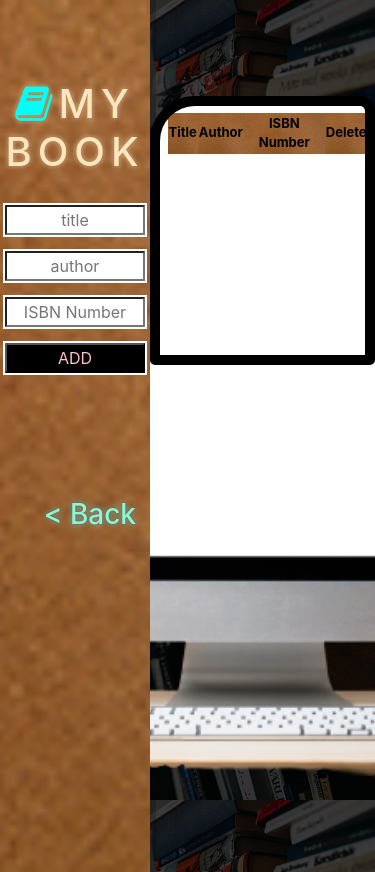
Repository: CSituma/Home-Library-App
Page: libu.html
The author's editor kept a copy of each file at every save. The page is drawn from the files as they stood at one save, then again after the next save.
The browser window is 375 px wide. The pictures show the whole page.
Backgrounds fixed to the window are drawn as part of the page. Some web libraries are served in a nearby version.

Above is the page before, as saved 2020-11-10 21:08:29.

### libu.html
<!DOCTYPE html>
<html lang="en">
<head>
    <meta charset="UTF-8">
    <meta name="viewport" content="width=device-width, initial-scale=1.0">
    <meta http-equiv="X-UA-Compatible" content="ie=edge">
    <link rel="stylesheet" href="style.css">
    <link rel="stylesheet" href="https://cdnjs.cloudflare.com/ajax/libs/font-awesome/4.7.0/css/font-awesome.min.css"/>
<link rel="stylesheet" href="https://stackpath.bootstrapcdn.com/bootstrap/4.5.0/css/bootstrap.min.css" integrity="sha384-9aIt2nRpC12Uk9gS9baDl411NQApFmC26EwAOH8WgZl5MYYxFfc+NcPb1dKGj7Sk" crossorigin="anonymous"/>
<link rel="stylesheet" href="https://cdnjs.cloudflare.com/ajax/libs/animate.css/4.0.0/animate.min.css"/>
  <title>BOOK TRACKER</title>
</head>
<body>
    <div class="columns">
        <div class="js">

            <h1><i class="fa fa-book"></i>MY BOOK</h1>
            <form id="form">
                <input type= "text" id= "title"  placeholder="title">
                <input type= "text" id= "author" placeholder="author" >
                <input type= "text" id= "number" placeholder="ISBN Number">
                <input type= "submit"id= "button" value="ADD">
            </form>
        <h3> <a href= "./index.html"> < Back </a></h3>
        </div>
        <div class="storage" >
              <div class="storage_items">
        <table id="table">
            <thead>
                <tr>
                <th id="title">Title</th>
                <th>Author</th>
                <th>ISBN Number</th>
                <th>Delete</th>
                </tr>
                </thead>
                <tbody class="Booklist" id="booklist">
                </tbody>
            </table>
            </div>
        </div>
</div>
    <script src="lib.js"></script>
 </body>
 </html>

### style.css
/*homepage//////////////*/
body,
html {
  max-width: 100%;
  margin: 0;
  padding: 0;
  max-height: 100%;
  background: url("./images/sandra-seitamaa-qkIWnKtGhg4-unsplash.jpg")
    center/cover no-repeat fixed;
}

.container {
  margin: 10em 20em 20em 20em;
  height: 400px;
  width: 40%;
  background-color: rgba(146, 116, 15, 0.445);
  text-align: center;
}

.lol {
  padding-top: 5em;
  font-weight: 800;
  font-style: italic;
}
span {
  color: yellow;
  font-weight: 400;
}
#lolone {
  color: ghostwhite;
}

h3 {
  padding-top: 4em;
  float: right;
  margin-right: 0.5em;
  font-weight: 900;
  font-size: 2rem;
  text-shadow: 0 0 3px #FF0000, 0 0 5px aqua;
}

h3 a {
  text-decoration: none;
 color: aquamarine;

}

h3 a:hover {
  text-decoration: none;
  color: burlywood;
}

#you {
  padding: 1rem;
  color: gold;
}

/*library////////////////*/
.columns {
  display: flex;
  justify-content: space-between;
  max-width: 100%;
  max-height: 100%;
  background: rgba(0, 0, 0, 0.692) fixed;

}
h1{
  letter-spacing: 6px;
  text-shadow: 0 0 3px olive, 0 0 5px pink;
  padding-top:2em;
  margin: 0;
  color: bisque;

}
table {
  background: black;
  width: 100%;
  margin:0.5em;
  margin-left:0.2em;
  text-align: center;
  color:white;

}


td{
  margin: 2em;
}
tr{
  border-left: white 5px solid;
  height: 40px;
}
th {
  color: black;
  background:url('./images/josephine-bredehoft-KsAo8ouBn8A-unsplash.jpg') center/cover no-repeat;
  outline: none;
}
tbody tr:nth-child(odd){
  background:white;
 color: olive;
}
tbody tr:nth-child(odd):hover {
  box-shadow: 0 0 0 2px white;

}
tbody tr:nth-child(even){
background:black;

}
tbody tr:nth-child(even):hover{
  box-shadow: 0 0 0 2px gray;
}

 .fa {
   color:aqua;
 }
 .fa:hover{
   font-size:1.3em;
 }
form {
  padding: 0.3em;
  margin-top: 1em;
}

form input {
  width: 100%;
  margin: 0.5em 0;
  -webkit-box-shadow: 0 0 0 2px white;
  box-shadow: 0 0 0 2px white;
}

:placeholder-shown {
  text-align: center;
}

#button {
  color: pink;
  background-color: black;
}

/*/////////////////////////////////*/
.storage_items {

  background-color: white;
  width:100%;
  max-height: 70%;
  margin-left: 8em;
  margin-top: 5em;
  margin-bottom: 2em;
  border: rgb(0, 0, 0) 5px solid;
  border-style: groove;
  padding-bottom: 15em;
  overflow: scroll;
  scroll-behavior: smooth;
  scrollbar-width: 2px;
}
.storage {
  background:url("./images/1463-removebg-preview.png") center/cover no-repeat;
  width: 60%;
  height: 85vh;
  margin: 6em 3em 6em 0;
  border-radius: 3px;

}
.js {
  -webkit-box-shadow: 0 0 0 6px rgba(0, 0, 0, 0.191);
  box-shadow: 0 0 0 6px rgba(0, 0, 0, 0.191);
  text-align: center;
  width: 40%;
  margin: 6em 0em 6em 3em;
  background: url("./images/josephine-bredehoft-KsAo8ouBn8A-unsplash.jpg")
    center/cover no-repeat;
}

@media screen and (max-width:1000px) {
  .storage{
    margin-right: 0;

    background: url("./images/719-removebg-preview.png") center/cover no-repeat;
  }
  .storage_items{
    margin:0;
    font-size: 13px;
   border: 10px solid black;
   border-radius: 45px;
   border-bottom-right-radius:5px;
   border-bottom-left-radius:5px;
   border-top-right-radius:15px;

   padding:0;
   padding-bottom: 15em;

}

.js{
  margin: 0;}


}

@media screen and (min-width:1000px) {

 .storage_items{
  max-height: 60%;
    background-color: white;
    width: 400px;
    height: 50%;
    margin-left: 10em;
    margin-top: 5.5em;

  }


 }

 @media screen and (max-width:500px)
 {
  .storage{
    margin-right: 0;

    background: url("./images/719-removebg-preview.png") center/cover no-repeat;
  }
  .storage_items{
    margin:0;
    font-size: 13px;
   border: 10px solid black;
   border-radius: 45px;
   border-bottom-right-radius:5px;
   border-bottom-left-radius:5px;
   border-top-right-radius:15px;

   padding:0;
   padding-bottom: 15em;

}

.js{
  margin: 0;}




 }

### lib.js
// Book Class: Represents a Book
class Book {
  constructor(title, author, isbn) {
    this.title = title;
    this.author = author;
    this.isbn = isbn;
  }
}

// UI Class: Handle UI Tasks
class UI {
//display Books.//
static displayBooks () {
 const books = Store.getBooks();
 books.forEach(((book) =>
  UI.addBookToList(book)));
}


//addbooks
static addBookToList(book) {

const bookList = document.querySelector('#booklist');
const row = document.createElement('tr');

row.innerHTML= `<td>${book.title} </td>
               <td>${book.author}</td>
               <td>${book.isbn}</td>
              <td><i class="fa fa-trash-o"></i></td>`;

bookList.appendChild(row);

}


//deletebooks
static deleteBook(el){
 if(el.classList.contains('fa')){
   el.parentElement.parentElement.remove();
  }}

////show alert msg
static showAlert(message, className){
const div = document. createElement('div');
div.className = `alert alert-${className}`;
div.appendChild(document.createTextNode(message));
const button = document.getElementById('button');
const form = document.getElementById('form');


form.insertBefore(div, button);


//message vanishing//

setTimeout(() => {
  document.querySelector('.alert').remove();
}, 3000);

}

//clear fields//

static clearFields() {
  document.querySelector('#title').value = '';
  document.querySelector('#author').value = '';
  document.querySelector('#number').value = '';
}

}

///Events:
/* 1. Display Books */

document.addEventListener('DOMContentLoaded', UI.displayBooks);

/* 2. Add Books*/
document.querySelector("#form").addEventListener('submit',(e) =>
{
e.preventDefault();
///get form values//
const title = document.querySelector('#title').value;
const author = document.querySelector('#author').value;
const isbn = document.querySelector('#number').value;

  // Validate
 if(title ===''|| author===''|| isbn===''){
   UI.showAlert('Please fill in the Form', 'danger')
 }
else{
  //instantiate Book
  const book = new Book(title,author,isbn);

//////Adding
UI.addBookToList(book);

Store.addBook(book);

///Show Sucess Message
UI.showAlert('Added', 'success');
//Clearfields
UI.clearFields();


 }
}
);


/////3. Remove BOOK////
document.querySelector('#booklist').addEventListener('click', (e)=>{
e.preventDefault();
//deleting from UI

UI.deleteBook(e.target);
///deleting from Store
Store.removeBook(e.target.parentElement.previousElementSibling.textContent);
//Message
UI.showAlert('Book Deleted', 'danger');

}
);

///localStorage
class Store{
  static getBooks(){
    let books;
   if (localStorage.getItem('books') === null){
     books = [];
   }
   else {
     books = JSON.parse(localStorage.getItem('books'));
   }
   return books;
  }

  static addBook(book){
    const books= Store.getBooks();
    books.push(book);
   localStorage.setItem('books',JSON.stringify(books));
  }
  static removeBook(isbn) {
    const books = Store.getBooks();

    books.forEach((book, index) => {
      if(book.isbn === isbn) {
        books.splice(index, 1);
      }
    });
    localStorage.setItem('books', JSON.stringify(books));
  }
}

After the next save:
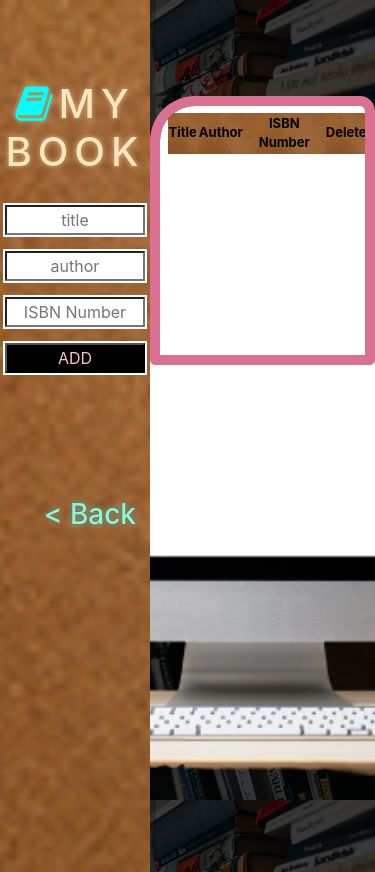
Saved 29 s later.
--- a/style.css
+++ b/style.css
@@ -223,7 +223,7 @@ form input {
   .storage_items{
     margin:0;
     font-size: 13px;
-   border: 10px solid black;
+   border: 10px solid palevioletred;
    border-radius: 45px;
    border-bottom-right-radius:5px;
    border-bottom-left-radius:5px;
